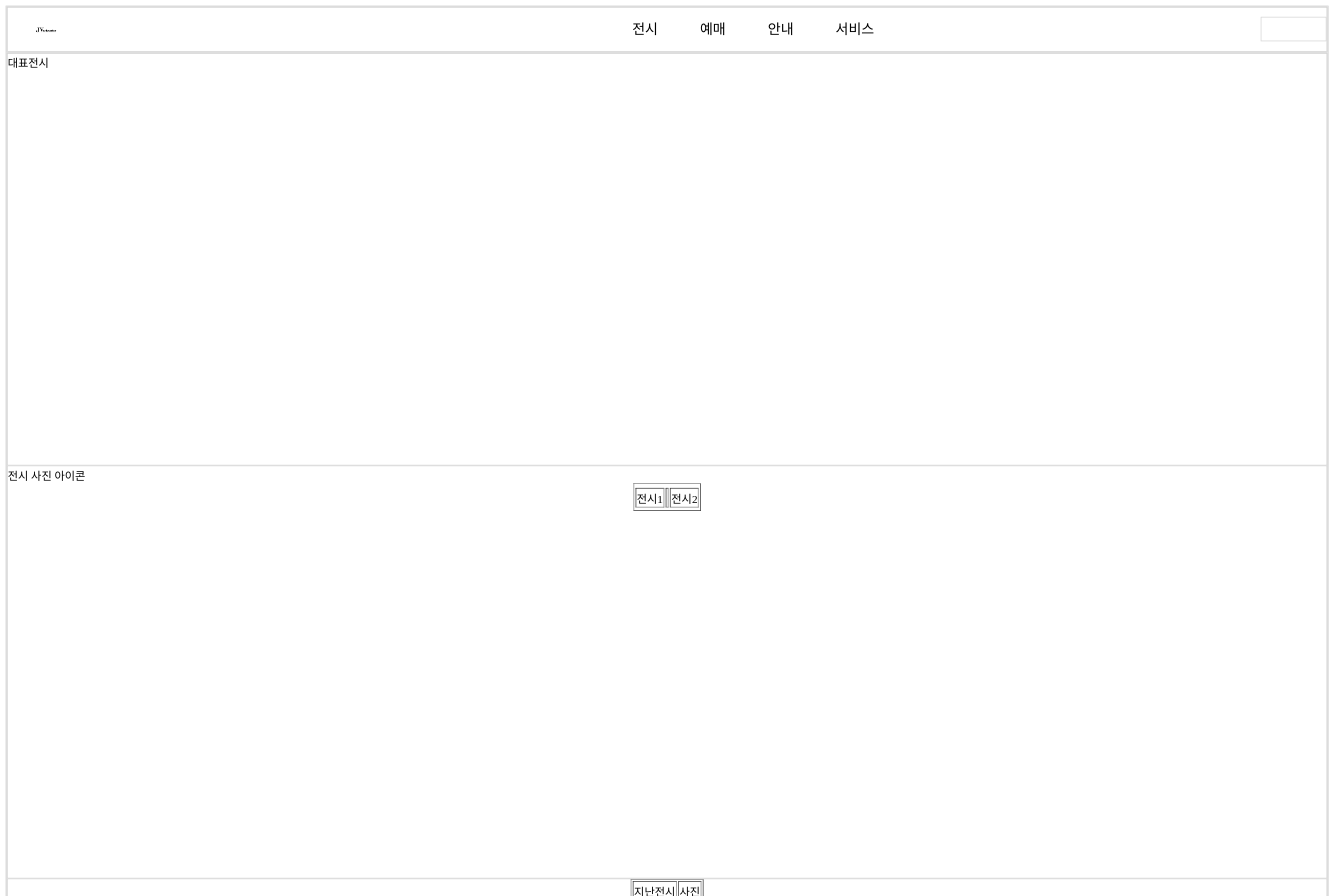
Repository: pshysd/SEMI_PROJECT
Page: http://localhost/JVArtCenter/
The author's editor kept a copy of each file at every save. The page is drawn from the files as they stood at one save, then again after the next save.
The browser window is 1280 px wide. The page is 1898 px wide, so the pictures cover 1898 px, including what lies to the right of the window. The pictures show the part of the page from y = 0 to 1280 px (the page is 3296 px tall), at 70% of full size.
The page is served by Tomcat 9. Nobody is signed in. The application's start-up code is not run.

Above is the page before, as saved 2022-10-21 11:01:20.

After the next save:
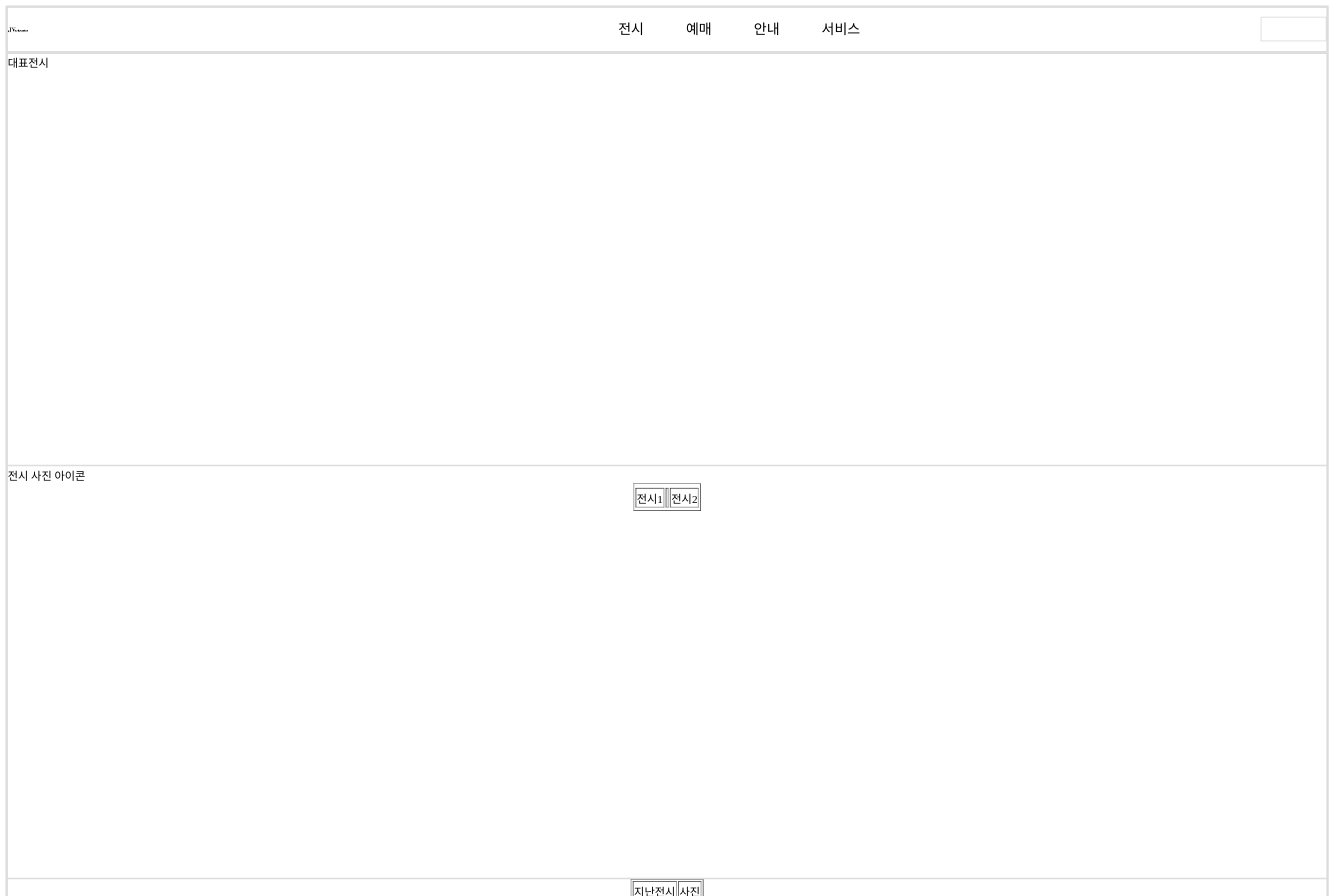
Saved 37 s later.
--- a/JVArtCenter/WebContent/index.jsp
+++ b/JVArtCenter/WebContent/index.jsp
@@ -144,11 +144,7 @@
         <!--헤더영역-->
 
         <div id="navbar">
-          <ul id="navbar_logo">
-            <li>
               <a href=""><img src="resources/image/logo.png" width="10%"></a>
-            </li>
-          </ul>
 
           <ul id="navbar_menu">
             <li>

After the save that followed:
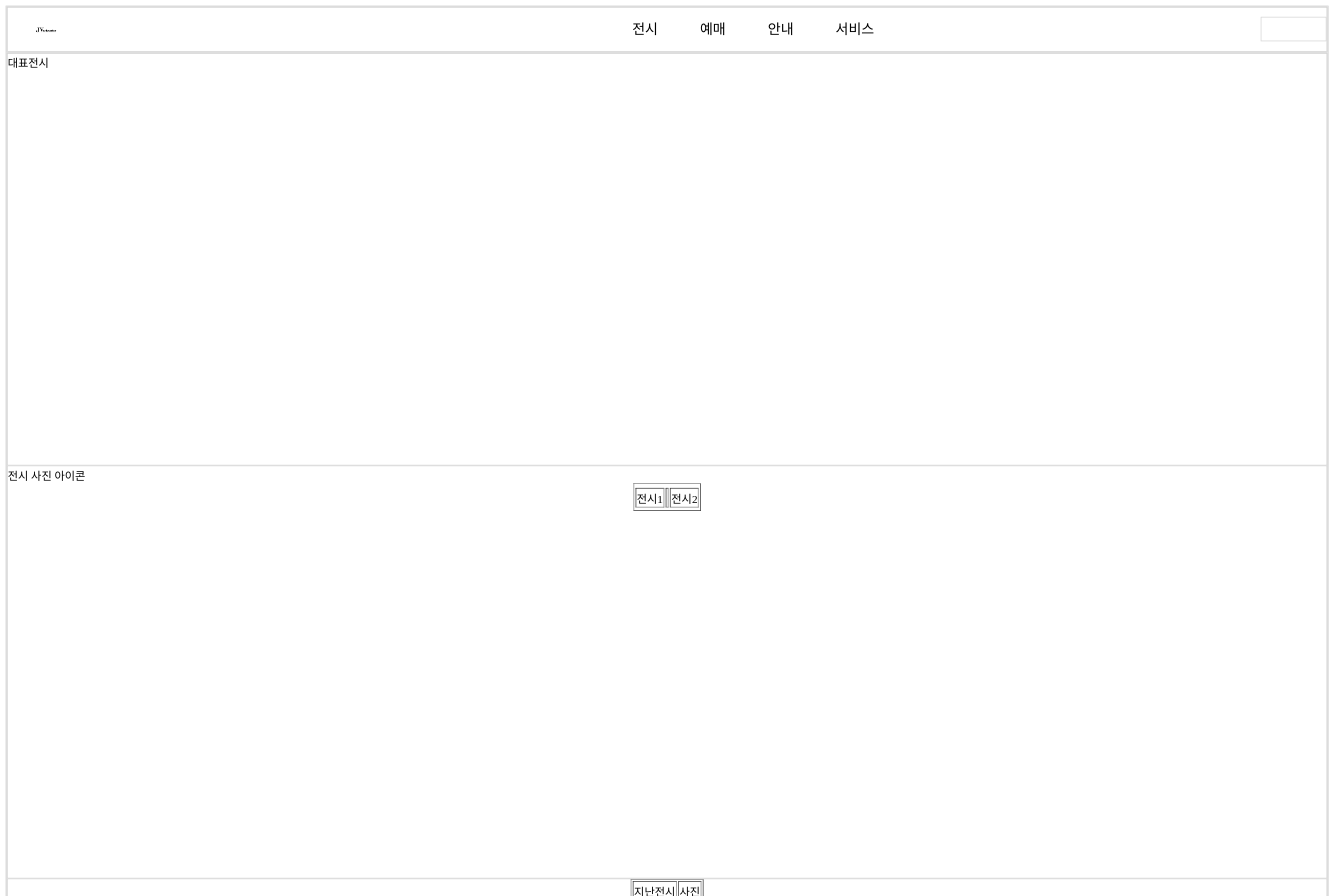
Saved 55 s later.
--- a/JVArtCenter/WebContent/index.jsp
+++ b/JVArtCenter/WebContent/index.jsp
@@ -144,7 +144,11 @@
         <!--헤더영역-->
 
         <div id="navbar">
-              <a href=""><img src="resources/image/logo.png" width="10%"></a>
+          <ul id="navbar_logo">
+            <li>
+              <a href="" style="width: 30;"><img src="resources/image/logo.png" width="10%"></a>
+            </li>
+          </ul>
 
           <ul id="navbar_menu">
             <li>
